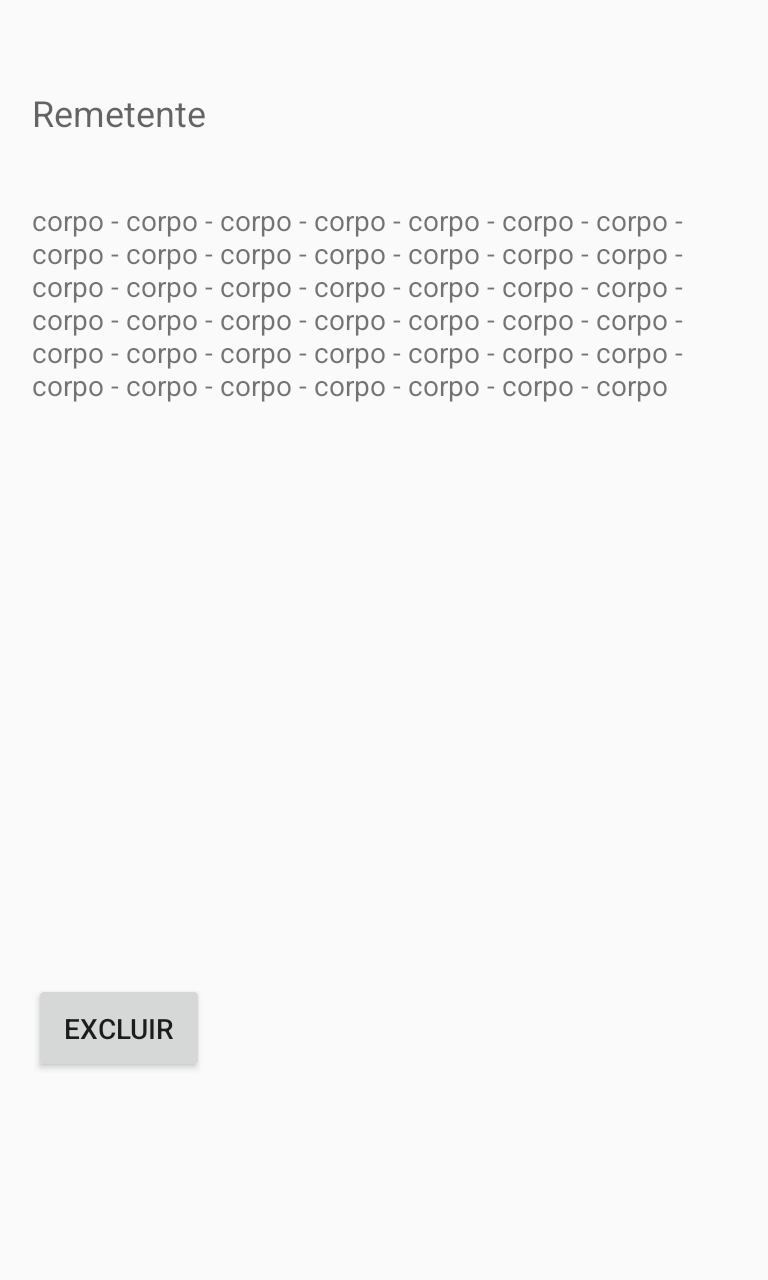
Repository: italogmm/gitMobile
Layout: notificacoesUfg/res/layout/activity_consulta_notificacao.xml
The author's editor kept a copy of each file at every save. The layout is drawn from the files as they stood at one save, then again after the next save.
It is drawn on a 768 x 1280 px phone screen (xhdpi) without system bars, with theme AppTheme; the app's code is not run.

Above is the layout before, as saved 2014-06-18 19:58:22.

### notificacoesUfg/res/layout/activity_consulta_notificacao.xml
<RelativeLayout xmlns:android="http://schemas.android.com/apk/res/android"
    xmlns:tools="http://schemas.android.com/tools"
    android:layout_width="match_parent"
    android:layout_height="match_parent"
    android:paddingBottom="@dimen/activity_vertical_margin"
    android:paddingLeft="@dimen/activity_horizontal_margin"
    android:paddingRight="@dimen/activity_horizontal_margin"
    android:paddingTop="@dimen/activity_vertical_margin"
    tools:context="com.ufg.notificacoes.ConsultaNotificacao$PlaceholderFragment" >

    <TextView
        android:id="@+id/remetente"
        android:layout_width="wrap_content"
        android:layout_height="wrap_content"
        android:layout_alignLeft="@+id/corpo"
        android:layout_alignParentTop="true"
        android:layout_marginTop="28dp"
        android:text="Remetente"
        android:textAppearance="?android:attr/textAppearanceMedium" />

    <TextView
        android:id="@+id/corpo"
        android:layout_width="wrap_content"
        android:layout_height="wrap_content"
        android:layout_below="@+id/remetente"
        android:layout_centerHorizontal="true"
        android:layout_marginTop="32dp"
        android:text="corpo - corpo - corpo - corpo - corpo - corpo - corpo - corpo - corpo - corpo - corpo - corpo - corpo - corpo - corpo - corpo - corpo - corpo - corpo - corpo - corpo - corpo - corpo - corpo - corpo - corpo - corpo - corpo - corpo - corpo - corpo - corpo - corpo - corpo - corpo - corpo - corpo - corpo - corpo - corpo - corpo - corpo" />

    <Button
        android:id="@+id/excluir"
        android:layout_width="wrap_content"
        android:layout_height="wrap_content"
        android:layout_alignParentBottom="true"
        android:layout_alignRight="@+id/remetente"
        android:layout_marginBottom="86dp"
        android:text="Excluir" />

</RelativeLayout>

Loaded but not shown: notificacoesUfg/res/values/styles.xml (common file); notificacoesUfg/res/values-v11/styles.xml (common file); notificacoesUfg/res/values-v14/styles.xml (common file); notificacoesUfg/res/values/dimens.xml (common file); notificacoesUfg/res/values-w820dp/dimens.xml (common file)

After the next save:
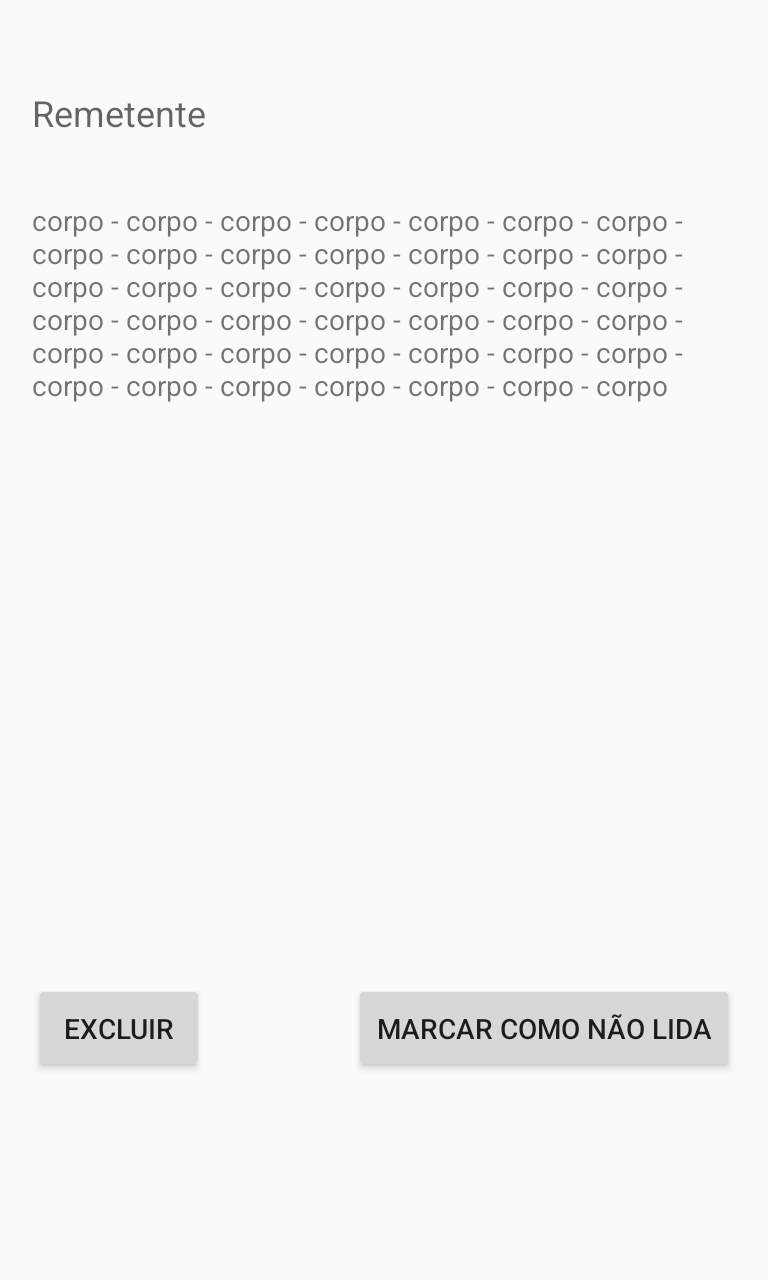
Saved 34 s later.
--- a/notificacoesUfg/res/layout/activity_consulta_notificacao.xml
+++ b/notificacoesUfg/res/layout/activity_consulta_notificacao.xml
@@ -36,4 +36,13 @@
         android:layout_marginBottom="86dp"
         android:text="Excluir" />
 
+    <Button
+        android:id="@+id/button1"
+        android:layout_width="wrap_content"
+        android:layout_height="wrap_content"
+        android:layout_alignBaseline="@+id/excluir"
+        android:layout_alignBottom="@+id/excluir"
+        android:layout_alignRight="@+id/corpo"
+        android:text="Marcar como não lida" />
+
 </RelativeLayout>
